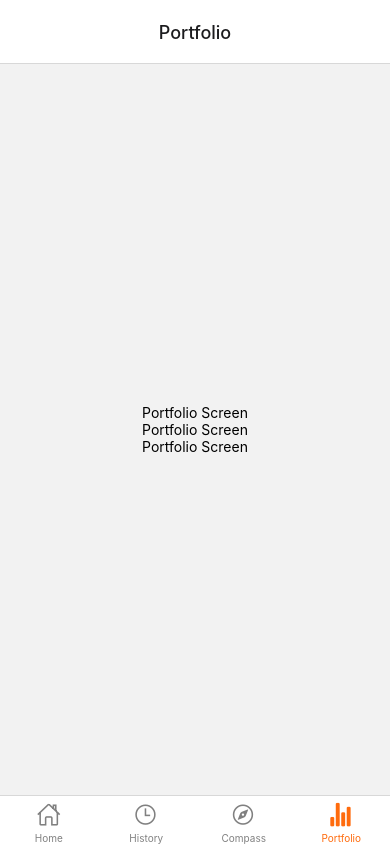
Repository: duongnoob23/WIND_SPEED_IOT
Screen: /Portfolio
These files come from the project's save history. The screen is drawn as it stood at one moment and after the next save; the edit follows.
The app was drawn by React Native's web renderer in a window 390 px wide. The project was rebuilt for these pictures with package versions that can differ from the ones it lists, and the page was loaded fresh each time. Also part of the build but not shown: src/page/screens/HomeScreen.js, src/page/screens/ExpensesScreen.js.

Above is the screen before, as saved 2025-03-11 14:30:11.

After the next save:
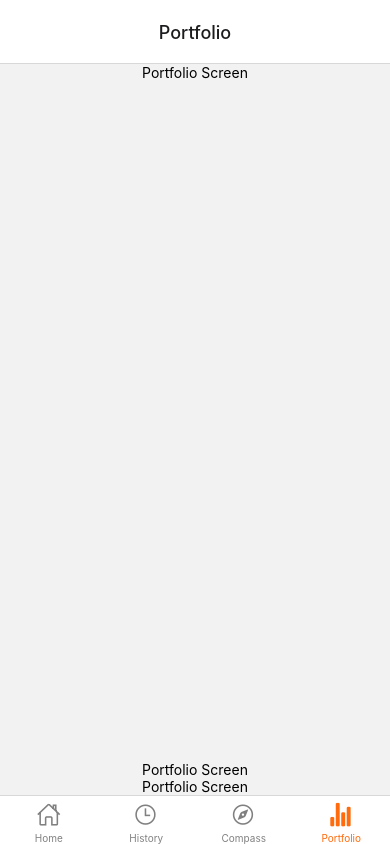
Saved 16 s later.
--- a/src/page/screens/PortfolioScreen.js
+++ b/src/page/screens/PortfolioScreen.js
@@ -17,4 +17,7 @@ const styles = StyleSheet.create({
     justifyContent: "center",
     alignItems: "center",
   },
+  box1: {
+    flex: 1,
+  },
 });
